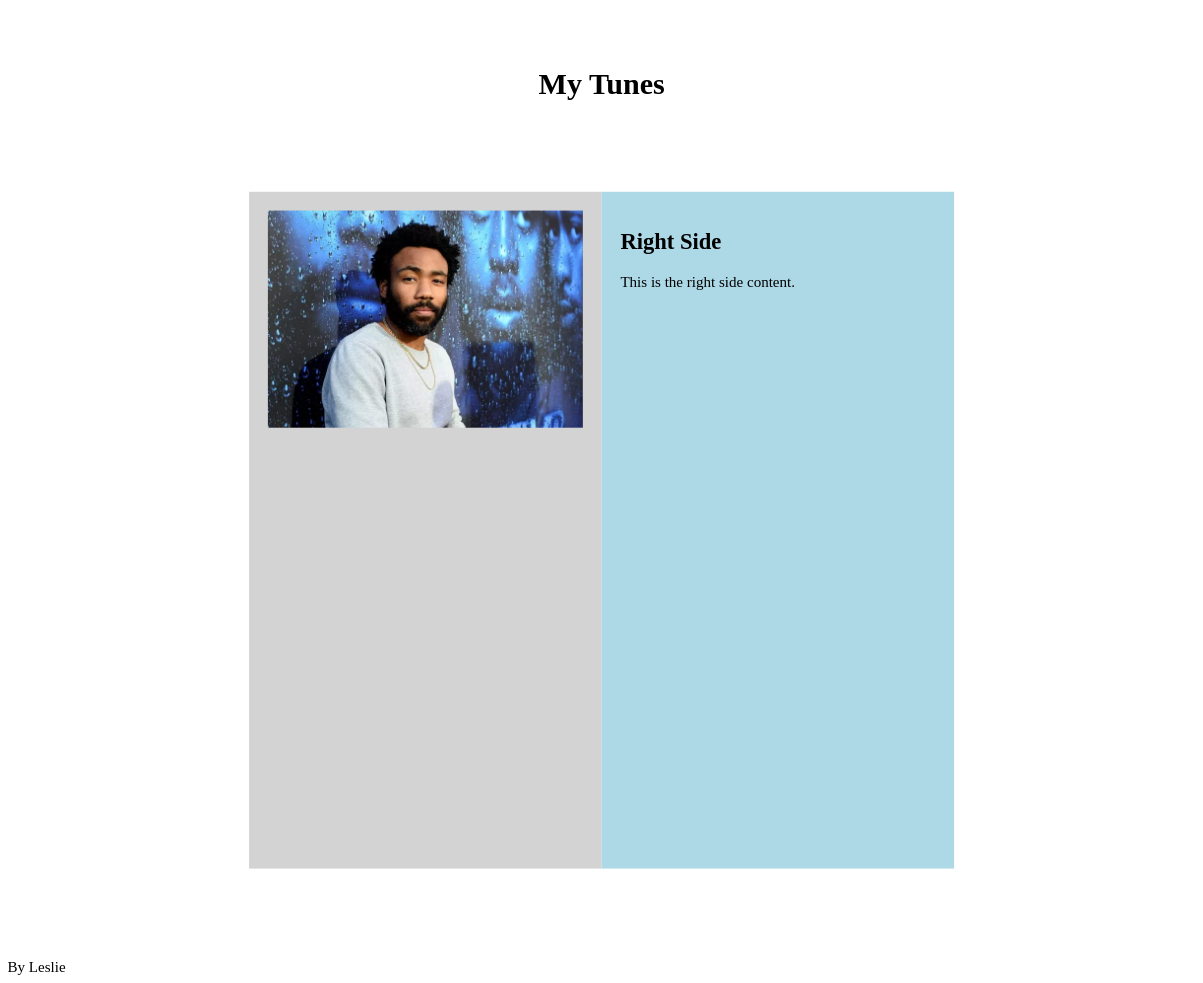
Repository: leslie179/labOne
Page: /
These files come from the project's save history. The page is drawn as it stood at one moment and after the next save; the edit follows.
The browser window is 1280 px wide. The pictures show the whole page, at 94% of full size.
The project was rebuilt for these pictures with package versions that can differ from the ones it lists, and the page was loaded fresh each time. The framework's server and built-in components were replaced by stand-ins that run in the browser. Also part of the build but not shown: next.config.js, components/Footer/Footer.module.css, components/RightComponent/RightComponent.module.css.

Above is the page before, as saved 2024-09-15 21:45:24.

After the next save:
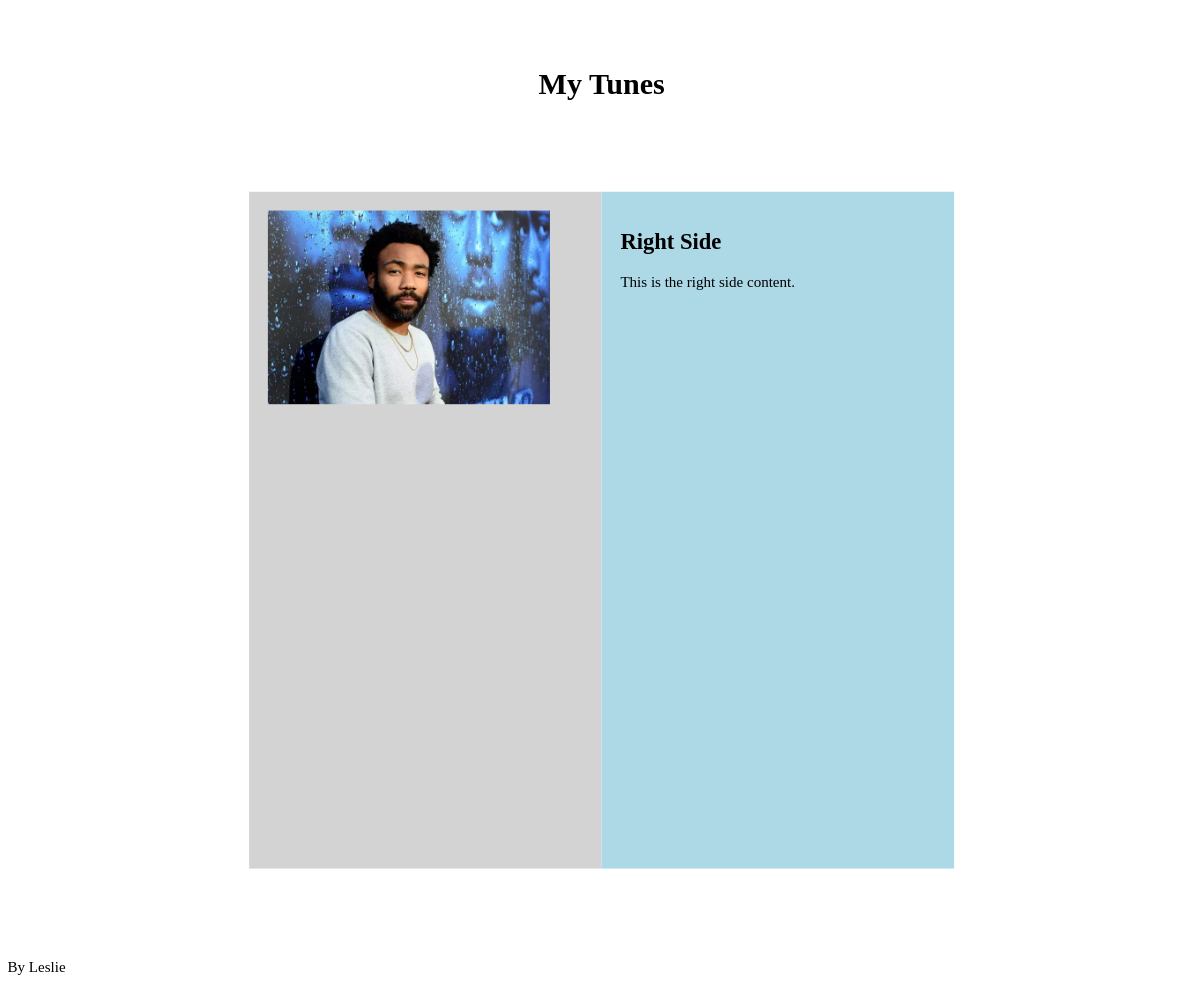
Saved 6 s later.
--- a/components/LeftComponent/LeftComponent.module.css
+++ b/components/LeftComponent/LeftComponent.module.css
@@ -8,7 +8,7 @@
 }
 
 .image{
-    width: 100%;
+    width: 300px;
     object-fit: cover;
     overflow: hidden;
 }
